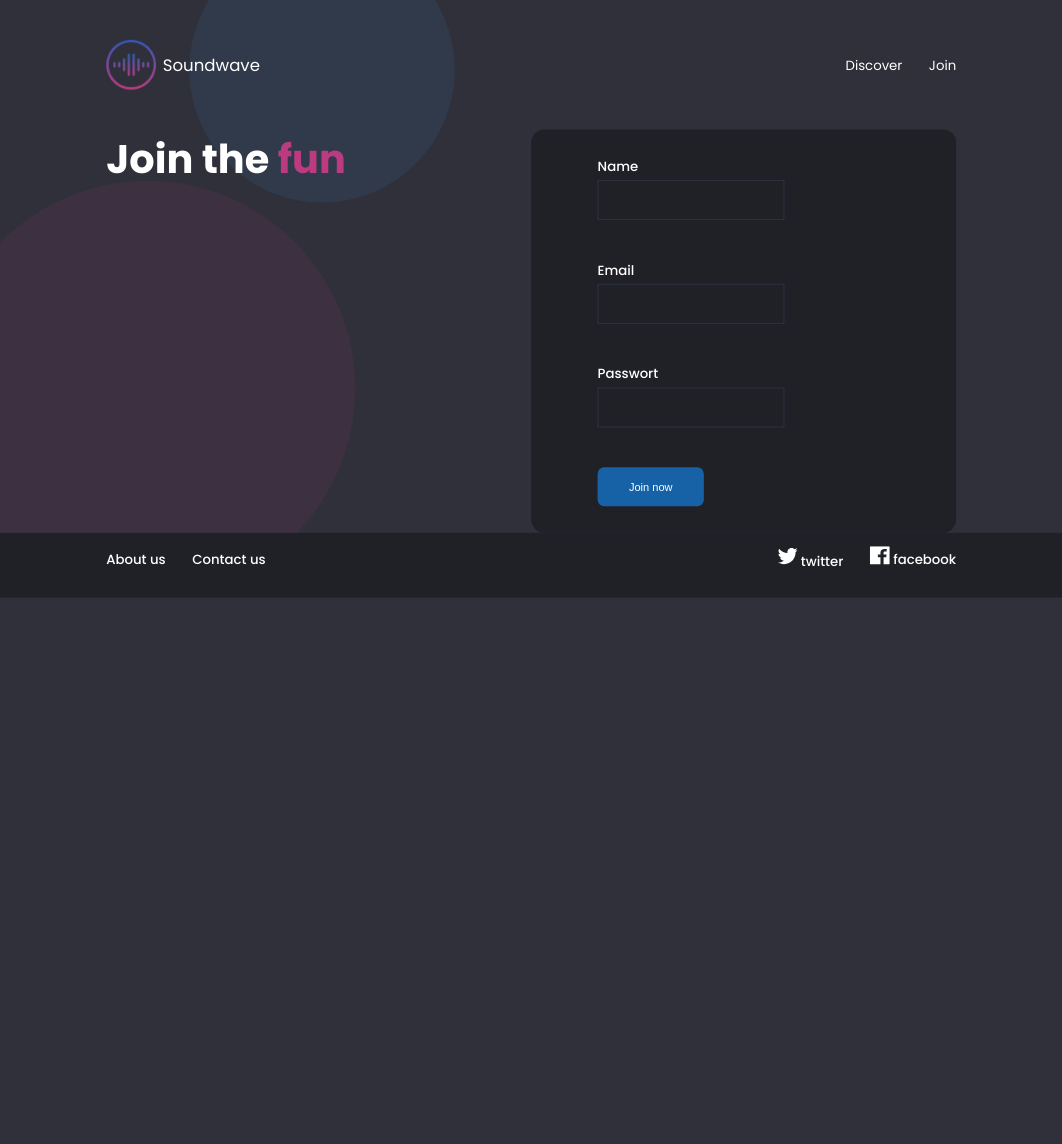
Repository: Hiiiij/soundwave
Page: pages/join.html
The author's editor kept a copy of each file at every save. The page is drawn from the files as they stood at one save, then again after the next save.
The browser window is 1280 px wide. The pictures show the whole page, at 83% of full size.

Above is the page before, as saved 2020-07-06 11:16:47.

### pages/join.html
<!DOCTYPE html>
<html lang="en">
  <head>
    <meta charset="UTF-8" />
    <meta name="viewport" content="width=device-width, initial-scale=1.0" />
    <link rel="stylesheet" href="../style.css" />
    <title>Soundwave</title>
  </head>

  <body class="main-container page-content">
    <header class="header container">
      <a href="/" class="logo">
        <img src="../assets/icons/logo.png" alt="logo-soundwave" />
        <span class="logotype">Soundwave</span>
      </a>
      <nav class="header-nav">
        <ul>
          <li>
            <a href="/pages/discover.html">Discover</a>
          </li>
          <li>
            <a href="/pages/join.html">Join</a>
          </li>
        </ul>
      </nav>
    </header>
    <section class="join container">
      <div class="left-section">
          <h1 class="title">Join the <span class="fun">fun</span> </h1>
      </div>
      <div class="right-section">
        <form>

             <label for="name">Name</label>
             <input type="text" name="name" id="name"/>


             <label for="email">Email</label>
             <input type="email" name="email" id="email" />


             <label for="password">Passwort</label>
             <input type="password" name="passwort" id="passwort" />

           <div class="btn-container">
          <button class="button-primary" type="submit">Join now</button>
          </div>

        </form>
        </div>
    </section>
     <span class="pink joy-1"></span>
      <span class="blue joy-2"></span>



    <footer class="footer-nav">
      <div class="main-container container">
        <nav class="footer">
          <ul class="footer-navigation">
            <li><a href="about.html">About us</a></li>
            <li><a href="contact.html">Contact us</a></li>
          </ul>
          <ul class="social-links">
            <li>
              <a href="#" class="link">
                <svg
                  width="24"
                  height="24"
                  viewBox="0 0 24 24"
                  fill="none"
                  xmlns="http://www.w3.org/2000/svg"
                >
                  <g clip-path="url(#clip0)">
                    <path
                      d="M24 4.55705C23.117 4.94905 22.168 5.21305 21.172 5.33205C22.189 4.72305 22.97 3.75805 23.337 2.60805C22.386 3.17205 21.332 3.58205 20.21 3.80305C19.313 2.84605 18.032 2.24805 16.616 2.24805C13.437 2.24805 11.101 5.21405 11.819 8.29305C7.728 8.08805 4.1 6.12805 1.671 3.14905C0.381 5.36205 1.002 8.25705 3.194 9.72305C2.388 9.69705 1.628 9.47605 0.965 9.10705C0.911 11.388 2.546 13.522 4.914 13.997C4.221 14.185 3.462 14.229 2.69 14.081C3.316 16.037 5.134 17.46 7.29 17.5C5.22 19.123 2.612 19.848 0 19.54C2.179 20.937 4.768 21.752 7.548 21.752C16.69 21.752 21.855 14.031 21.543 7.10605C22.505 6.41105 23.34 5.54405 24 4.55705Z"
                      class="social-links"
                    />
                  </g>
                  <defs>
                    <clipPath id="clip0">
                      <rect width="24" height="24" class="social-icons" />
                    </clipPath>
                  </defs>
                </svg>
                twitter
              </a>
            </li>
            <li>
              <a href="#" class="link">
                <svg
                  width="24"
                  height="22"
                  viewBox="0 0 24 22"
                  fill="none"
                  xmlns="http://www.w3.org/2000/svg">

                  <g clip-path="url(#clip0)">
                    <path
                      class="social-links"
                      d="M22.675 0H1.325C0.593 0 0 0.543583 0 1.21458V20.7863C0 21.4564 0.593 22 1.325 22H12.82V13.4805H9.692V10.1603H12.82V7.71192C12.82 4.87025 14.713 3.32292 17.479 3.32292C18.804 3.32292 19.942 3.41367 20.274 3.454V6.424L18.356 6.42492C16.852 6.42492 16.561 7.08033 16.561 8.041V10.1613H20.148L19.681 13.4814H16.561V22H22.677C23.407 22 24 21.4564 24 20.7854V1.21458C24 0.543583 23.407 0 22.675 0V0Z"
                    />
                  </g>
                  <defs>
                    <clipPath id="clip0">
                      <rect width="24" height="22" class="social-links" />
                    </clipPath>
                  </defs>
                </svg>
                facebook
              </a>
            </li>
          </ul>
        </nav>
      </div>
    </footer>
  </body>
</html>

### style.css
@import url("https://fonts.googleapis.com/css?family=Poppins:400,500,700");

*,
*::before,
*::after {
  box-sizing: border-box;
}

:root {
  /* colors  */
  --main-bg-color: #2f303a;
  --pink-circle: rgb(188, 58, 128);
  --blue-circle: #2f3446;
  --footer-bg: #202027;
  --primary-link-hover: #a07fe8;
  --button-primary: #1762a7;
  --button-hover: #3a90e1;
  --accent-text: #bc3a80;
  --primary-text: #ffffff;
  --link-hover: #ffb515;

  /* typography */
  --h4-font-size: 1rem;
  --h1-font-size: 3rem;
  --h2-font-size: 1.5rem;
   --extrabig-font-size:3rem;
  --logo-font-size: 1.25rem;
  --btn-text: 0.75rem;
  --font-bold: 500;
  --font-extra-bold:700;

  /* breakpoitns */
  --xs-breakpoint: 0px;
  --sm-breakpoint: 600px;
  --md-breakpoint: 960px;
  --lg-breakpoint: 1280px;
  --xl-breakpoint: 1920px;
}

/* General styles */
body {
  padding: 0;
  margin: 0;
  font-family: "Poppins", sans-serif;
  background-color: var(--main-bg-color);
  color: var(--primary-text);
  font-size: var(--h4-font-size);
  min-height: 100vh;
  overflow: hidden;
}

.page-content {
  display: flex;
  flex-direction: column;
  justify-content: space-between;
}
.main-container {
  height: 100vh;
  /* width:100vw; */
}

.container {
  width: 80vw;
  margin: 0 auto;
}

.header,
.footer {
  display: flex;
  justify-content: space-between;
  align-items: center;

}
.header {
  padding: 3rem 0;
}

.logo {
  display: flex;
  align-items: center;
  color: inherit;
  font-size: var(--h3-font-size);
  text-decoration: none;
}

.logotype {
  margin-left: 0.5rem;
  font-size: var(--logo-font-size);
}

.header-nav ul,
.footer-nav ul {
  display: flex;
  list-style: none;
  margin: 0;
  padding: 0;

}
.footer-navigation  li{
  text-align: center;
}

.header-nav > ul > li:not(:last-child) {
  margin-right: 2rem;
}

.header-nav a,
.footer-nav a {
  text-decoration: none;
  color: inherit;

}

.header-nav a:hover {
  color: var(--link-hover);
}


.title {
  font-weight: var(--font-bold);
  font-size: var(--h1-font-size);
  margin-bottom: 0;
  margin-top: 0;
}

.subt {
  font-weight: var(--font-bold);
  font-size: var(--h2-font-size);
  margin-top: 0.75rem;
  margin-bottom: 3rem;
}

.button-primary {
  border: 0;
  padding-top: 1rem;
  padding-bottom: 1rem;
  width: 8rem;
  display: inline-block;
  border-radius: 0.5rem;
  background-color: var(--button-primary);
  text-align: center;
  color: var(--primary-text);
  text-decoration: none;
}

.home {
  flex: 1;
}

.home,
.discover {
  display: flex;
}

.home .img-wrapper {
  display: flex;
  flex-grow: 1;
  flex-direction: column;
  align-items: stretch;
  justify-content: flex-end;
}

.img {
  background-image: url(./assets/images/landing-page-girl.png);
  background-repeat: no-repeat;
  flex-grow: 1;
  /* max-height:80vh;  */
  min-width: 40vw;
  min-height: 60vh;
  max-width: 515px;
  z-index: 2;
  background-size: 80%;
  background-position: 0 bottom;

  background-position: 0 bottom;
  align-items: center;
  justify-content: flex-end;
}

.home .heading {
  display: flex;
  flex-direction: column;
  align-items: flex-start;
  align-self: center;
}

@media (max-width: 900px) {
  .home .img-wrapper .img {
    display: none;
  }
  .home {
    justify-content: center;
    align-items: center;
  }

  .home .heading {
    align-items: center;
  }
  .discover{
    display: flex;
    flex-direction: column;
    align-items: center;
    justify-content: center;
  }
  .left-section
  .image-section .cover{
    display:flex;
    flex-direction: column;
    justify-content: center;
    max-width: 80%;
    margin-top:1.5rem;
  }

}

.blue,
.pink,
.half-blue {
  border-radius: 50%;
  opacity: 0.1;
  display: block;
  position: absolute;
  z-index: -1;
  height: 25vw;
  width: 25vw;
}

.blue {
  background-color: var(--button-hover);
  top: 20%;
  left: 35%;
}

.pink {
  background-color: var(--accent-text);
  top: 65%;
  left: 10%;
}

.half-blue {
  height: 40vw;
  width: 40vw;
  right: 0;
  bottom: 0;
  overflow: hidden;
  border-radius: 0;
}

.home .half-blue::before {
  content: "";
  position: absolute;
  bottom: 0;
  right: 0;
  width: 100%;
  height: 100%;
  border-radius: 50%;
  transform: translate(40%, 40%);
  background-color: var(--button-hover);
}

/* span.pink .joy-1{
width: 70vw;
height: 70vw;
transform: scale(3);
transform:translateX(-15%);
}
.blue .joy-2{
width: 70vw;
height: 70vw;
transform: scale(3);
transform:translateX(-15%);
} */
 span.pink.joy-1 {
    /* transform: scale(1.5); */
    width: 500px;
    height: 500px;
    transform: translate(-200px, -50%);
}
span.blue.joy-2 {
    transform: translate(-220px,-220px);
}
.footer-nav {
  padding: 1rem 0;
  background-color: var(--footer-bg);
  font-weight: var(--font-bold);
  max-height: 78px;
}

.footer > ul > li:not(:last-child) {
  margin-right: 2rem;
}

.footer .social-links {
  fill: var(--primary-text);
  /* align-items: center; */
}
.footer-navigation a:hover, .footer-navigation a:focus, .footer-navigation a:active  {
  color: var(--link-hover);
}

.social-links a:hover, .social-links a:focus, .social-links a:active {
  color: var(--button-hover);
}
.footer a:hover .social-links {
  fill: var(--button-hover);
}

/* section Discover*/

.discover {
  max-width: 80vw;
  margin: 0 auto;
}

.image-section {
  margin-left: 4rem;
  min-width: 200px;

}

.cover {
  width: 100%;
}

.icon {
  max-width: 2rem;

}

.icon-description {
  margin-top: 1rem;
  margin-bottom: 0;
  min-width: 75px;
  text-align: center;
}

.icons-grid {
  display: flex;
  flex-direction: row;
  margin-top: 3rem;
  margin-bottom: 3rem;

}

.icon-grid-item {
  background-color: var(--footer-bg);
  display: flex;
  flex-direction: column;
  justify-content: center;
  align-items: center;
  padding: 1rem;
  border-radius: 0.5rem;
}

.icon-grid-item:not(:last-child) {
  margin-right: 2rem;
}
.subt {
  margin-top: 3rem;
}


/*section join*/
.join {
  display:flex;
  justify-content: space-between;
  /* align-items: center; */
}
.join left-section{
  flex-grow: 1;
}

.join .title{
 font-weight: var(--font-extra-bold);
 font-size:var(--extrabig-font-size);

}
.left-section .fun{
  color: var(--accent-text);
  font-weight: var(--font-extra-bold);
}

.right-section{
  display:flex;
  flex-grow: 1;
   align-items: center;
   background-color: var(--footer-bg);
   padding: 2rem;
   border-radius: 1rem;
   width:50vw;
  max-width: 50%;
  min-width: 40%;
}

form{
  display: flex;
  flex-direction: column;
  /* justify-content: flex-end; */
  /* align-items: center; */



  margin-left: 3rem;
  border-radius: 1rem;

}

label{
  margin-bottom: .25rem;
  font-weight: var(--font-bold);
}
input{
margin-bottom: 3rem;
height: 3rem;
background: none;
outline: none;
border:1px solid var(--blue-circle);
font-size: var(--primary-text);
padding:.5rem ;
color:inherit;
}

input:focus{
  border-color: var(--accent-text)
}

After the next save:
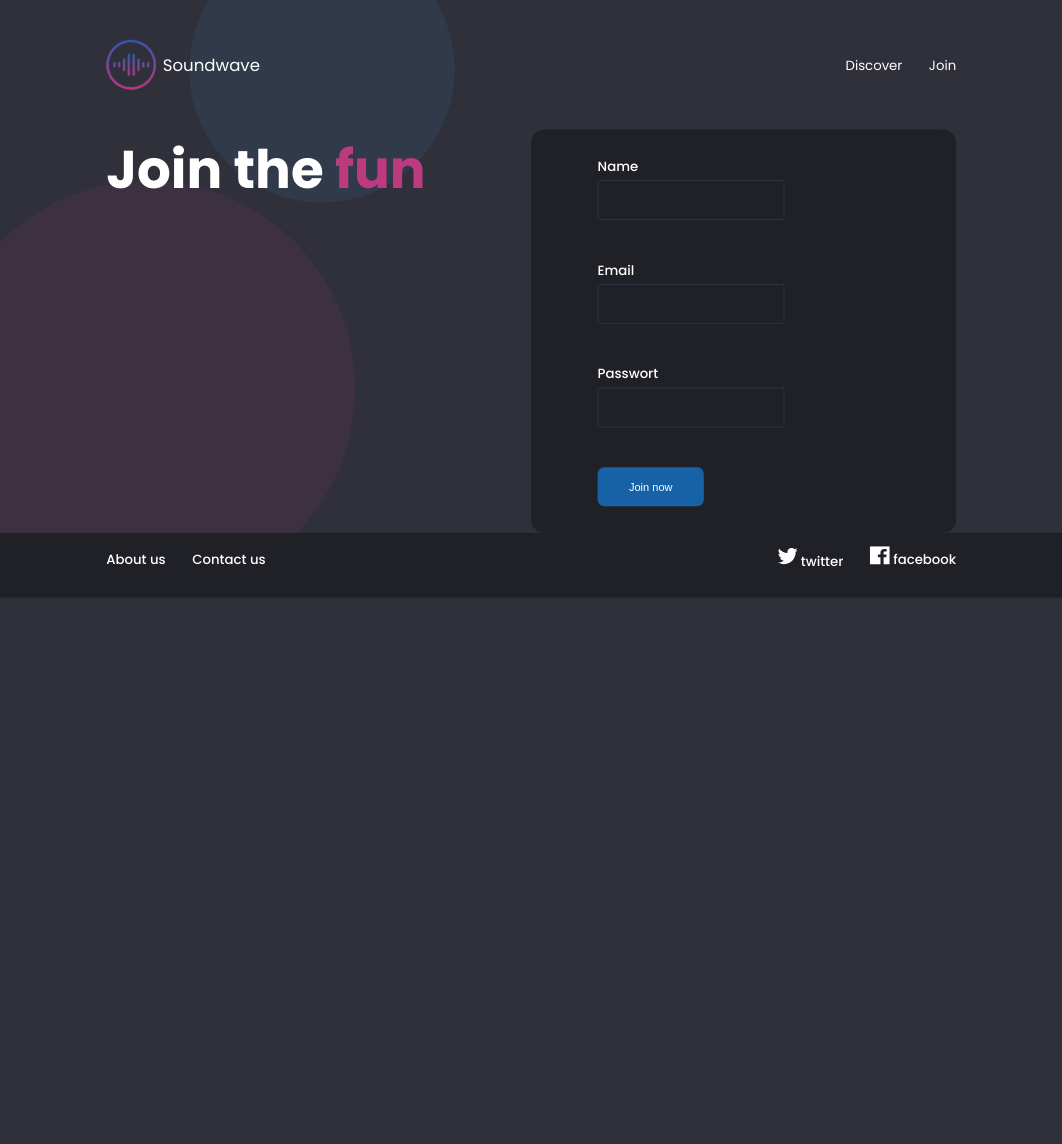
Saved 11 s later.
--- a/style.css
+++ b/style.css
@@ -23,7 +23,7 @@
   --h4-font-size: 1rem;
   --h1-font-size: 3rem;
   --h2-font-size: 1.5rem;
-   --extrabig-font-size:3rem;
+   --extrabig-font-size:4rem;
   --logo-font-size: 1.25rem;
   --btn-text: 0.75rem;
   --font-bold: 500;
